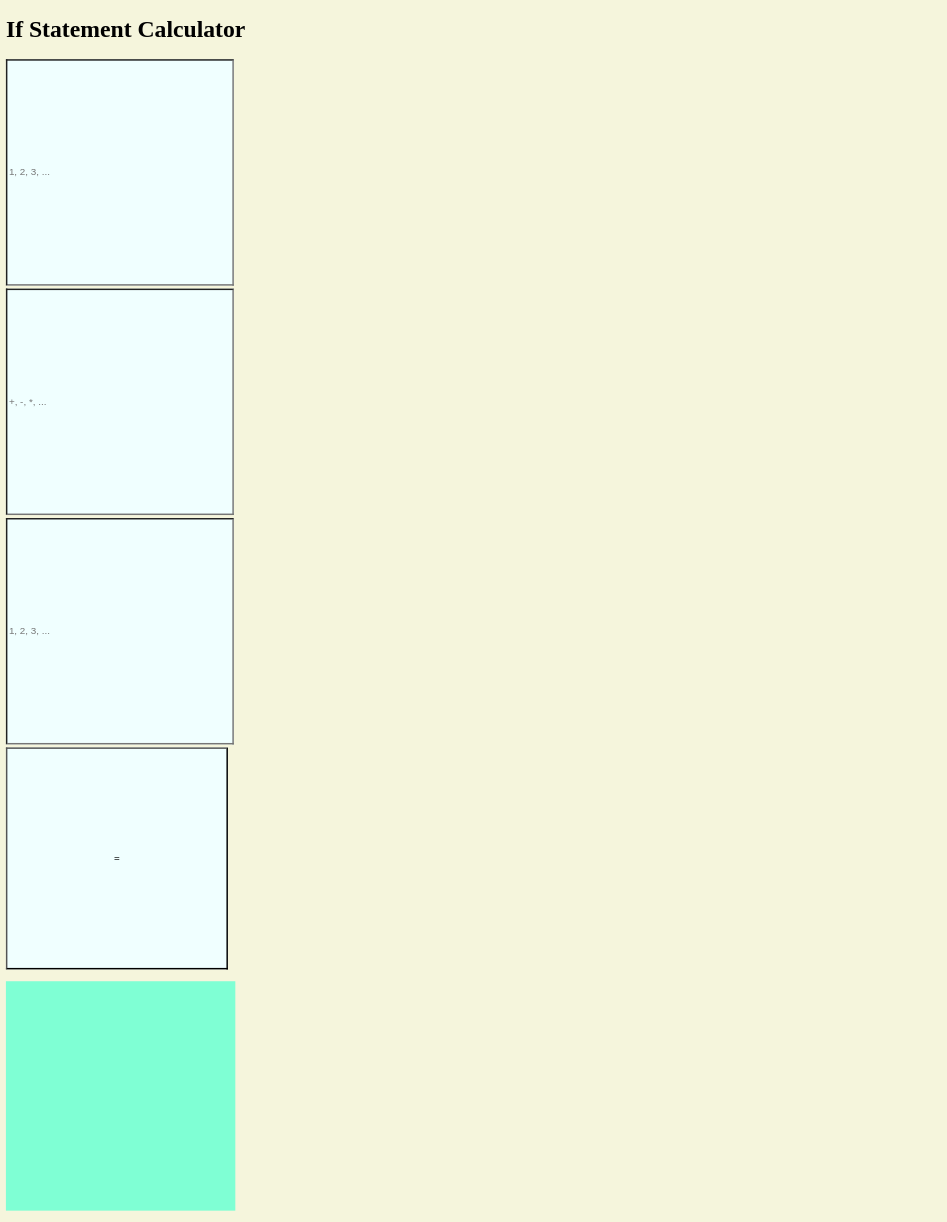
Repository: WesleyErasmus/threeInputCalculator
Page: html/if-calculator.html
The author's editor kept a copy of each file at every save. The page is drawn from the files as they stood at one save, then again after the next save.
The browser window is 1280 px wide. The pictures show the whole page, at 74% of full size.

Above is the page before, as saved 2022-04-27 22:06:10.

### html/if-calculator.html
<!DOCTYPE html>
<html lang="en">
<head>
    <meta charset="UTF-8">
    <meta http-equiv="X-UA-Compatible" content="IE=edge">
    <meta name="viewport" content="width=device-width, initial-scale=1.0">
    <title>JS If Calculator</title>
    <link rel="stylesheet" href="/css/stylesheet.css">
    <script src="/js/if-calculator.js"></script>

</head>
<body>
<h1>If Statement Calculator</h1>
    <form onsubmit="return false;">
        <div class="inputField">
        <!-- <label for="input1">Enter a number</label> -->
         <input id="input1" type="text" name = "input1" placeholder="1, 2, 3, ..."> <!-- input-1 -->
        </div>
        <div class="inputField">
         <!-- <label for="input3">Enter operator</label> -->
         <input id="input3" type="text" name = "input3" placeholder="+, -, *, ..."> <!-- input-3 (operator) -->
        </div>
        <div class="inputField">
         <!-- <label for="input2">Enter a number </label> -->
         <input id="input2" type="text" name = "input2" placeholder="1, 2, 3, ..."> <!-- input-2 -->
        </div>
         <button onclick="sum()">=</button>
         <p id="output"></p>
    </form>

</body>
</html>

### css/stylesheet.css
body {
    background-color: beige;
}
form {

}
input, button {
    width: 300px;
    height: 300px;
    background-color: azure;
}
.inputField {
    width: 310px;
    height: 310px;
}
p {
    width: 310px;
    height: 310px;
    background-color: aquamarine;
}

### js/if-calculator.js
function sum() {
const num1 = document.getElementById("input1").value;
const num2 = document.getElementById("input2").value;
const operator = document.getElementById("input3").value;
const output = document.getElementById("output").value;
  let answer;
  document.getElementById("output").value;
  if (operator == '+') {
    answer = +num1 + +num2;
    document.getElementById("output").innerHTML = answer;
  } else if (operator == '-') {
    answer = num1 - num2;
    document.getElementById("output").innerHTML = answer;
  } else if (operator == '*') {
    answer = num1 * num2;
    document.getElementById("output").innerHTML = answer;
  } else {
    answer = num1 / num2;
    document.getElementById("output").innerHTML = answer;
  }console.log(answer);
}

After the next save:
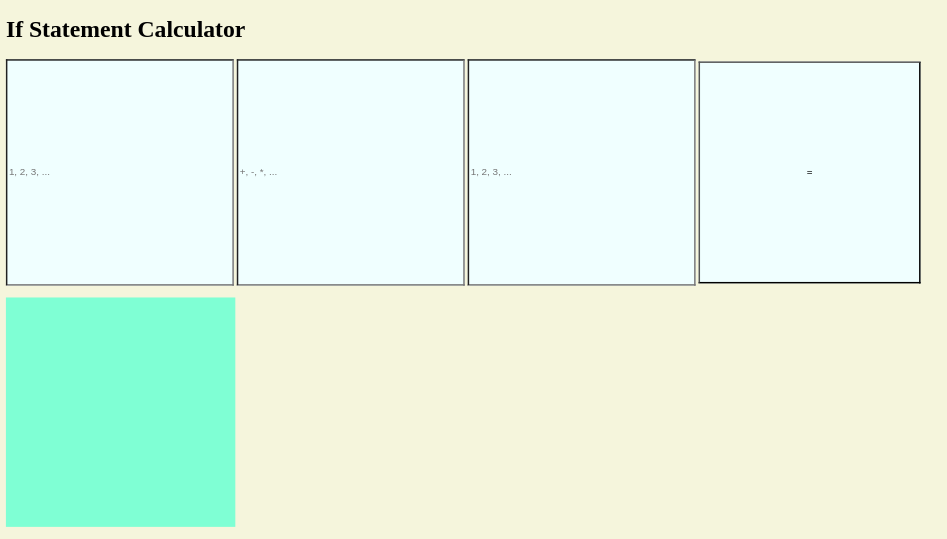
Saved 34 s later.
--- a/html/if-calculator.html
+++ b/html/if-calculator.html
@@ -12,15 +12,15 @@
 <body>
 <h1>If Statement Calculator</h1>
     <form onsubmit="return false;">
-        <div class="inputField">
+        <!-- <div class="inputField"> -->
         <!-- <label for="input1">Enter a number</label> -->
          <input id="input1" type="text" name = "input1" placeholder="1, 2, 3, ..."> <!-- input-1 -->
         </div>
-        <div class="inputField">
+        <!-- <div class="inputField"> -->
          <!-- <label for="input3">Enter operator</label> -->
          <input id="input3" type="text" name = "input3" placeholder="+, -, *, ..."> <!-- input-3 (operator) -->
         </div>
-        <div class="inputField">
+        <!-- <div class="inputField"> -->
          <!-- <label for="input2">Enter a number </label> -->
          <input id="input2" type="text" name = "input2" placeholder="1, 2, 3, ..."> <!-- input-2 -->
         </div>
